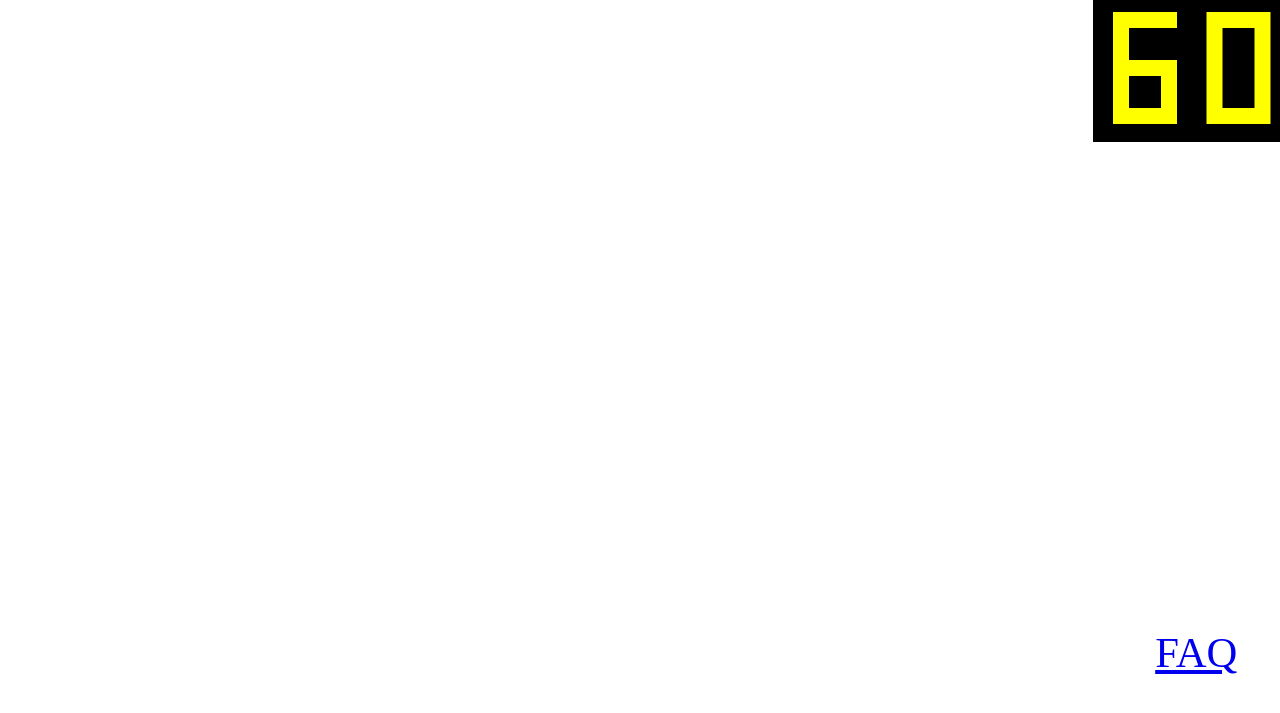
Repository: aliendetonator/fake-fraps-counter
Page: index.html
The author's editor kept a copy of each file at every save. The page is drawn from the files as they stood at one save, then again after the next save.
The browser window is 1280 px wide. The pictures show the whole page.

Above is the page before, as saved 2023-08-31 04:18:12.

### index.html
<!DOCTYPE html>
<html lang="en">
<head>
    <meta charset="UTF-8">
    <meta name="viewport" content="width=device-width, initial-scale=1.0">
    <title>Fake Fraps Counter</title>
    <link rel="stylesheet" href="src/fonts/fonts.css">
    <link rel="stylesheet" href="src/css/index.css">
    <script src="src/script.js" defer></script>
</head>
<body>
    <div id="counter-container">
        <h1 id="counter">60</h1>
    </div>
    <footer><a href="faq.html">FAQ</footer>
</body>
</html>

### src/fonts/fonts.css
@font-face {
    font-family: "fraps";
    src: url("fraps.ttf")
}

### src/css/index.css
*{
    margin:0;
    padding:0;
}

body{
    width: 100%;
    display: flex;
    flex-direction: row;
    justify-content: flex-end;
}

#counter-container {
    width: fit-content;
    height: fit-content;
    background-color: yellow;
    overflow: hidden;
}

#counter {
    font-family: "Fraps";
    font-size: 144pt;
    margin-bottom: -.20em;
}

footer{
    position: absolute;
    bottom: 1em;
    right: 1em;
    font-size: 32pt;
}

### src/script.js
const counter = document.getElementById("counter");

const fps = {
    default: 60,
    min: 57,
    max: 60,
    chanceOfDefault: 80
}
const interval = {
    min: 100,
    max: 300
}

var fpsTimeout;

const getNextIntervalTime = () => {
    return Math.floor(Math.random() * (interval.max - interval.min) ) + interval.min;
}

const getNextFps = () => {

    let chancePercentage = Math.floor(Math.random()*100) + 1;

    if (chancePercentage <= fps.chanceOfDefault) return fps.default;

    return Math.floor(Math.random() * (fps.max - fps.min) ) + fps.min;
}

const setNextInterval = () => {
    fpsTimeout = setTimeout(()=>{

        counter.innerText = getNextFps();

        setNextInterval();
    }
    ,getNextIntervalTime())
}

const main = () => {
    setNextInterval();
}

main();

After the next save:
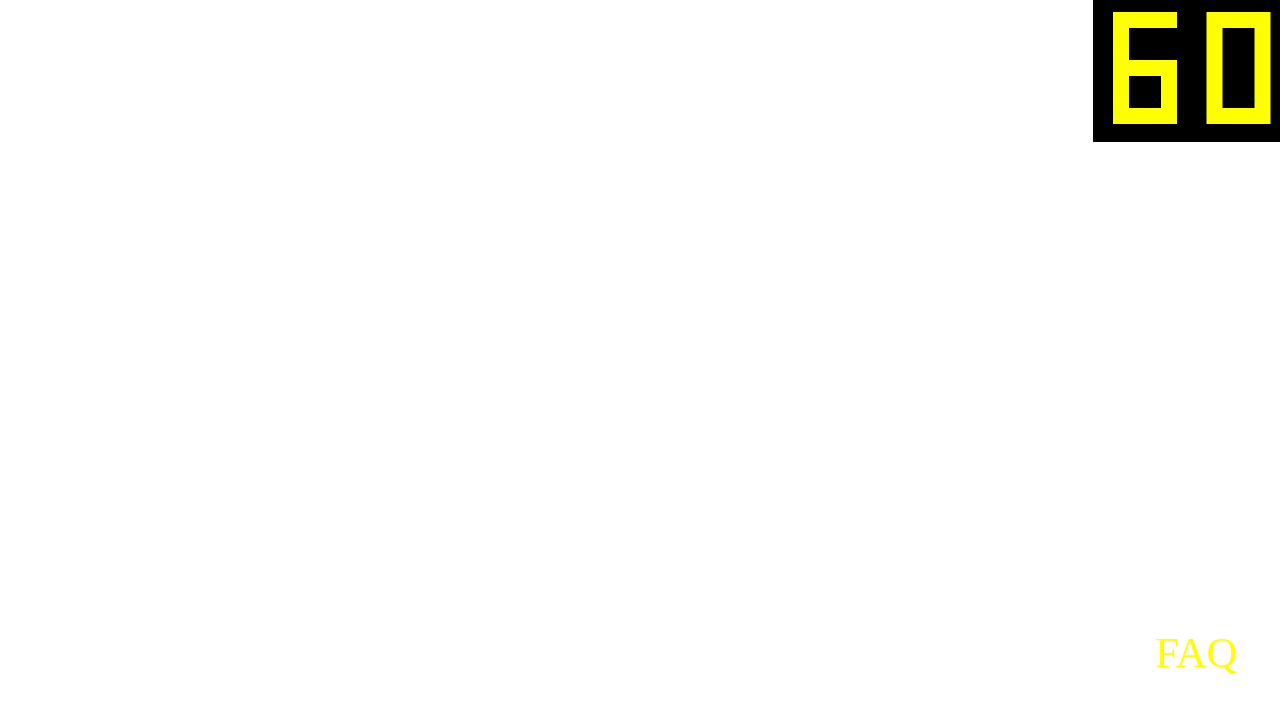
Saved 95 s later.
--- a/src/css/index.css
+++ b/src/css/index.css
@@ -29,3 +29,14 @@ footer{
     right: 1em;
     font-size: 32pt;
 }
+
+a:link,
+a:visited,
+a:hover,
+a:active{
+    text-decoration: none;
+    color: yellow;
+}
+a:hover{
+    color:yellowgreen;
+}
